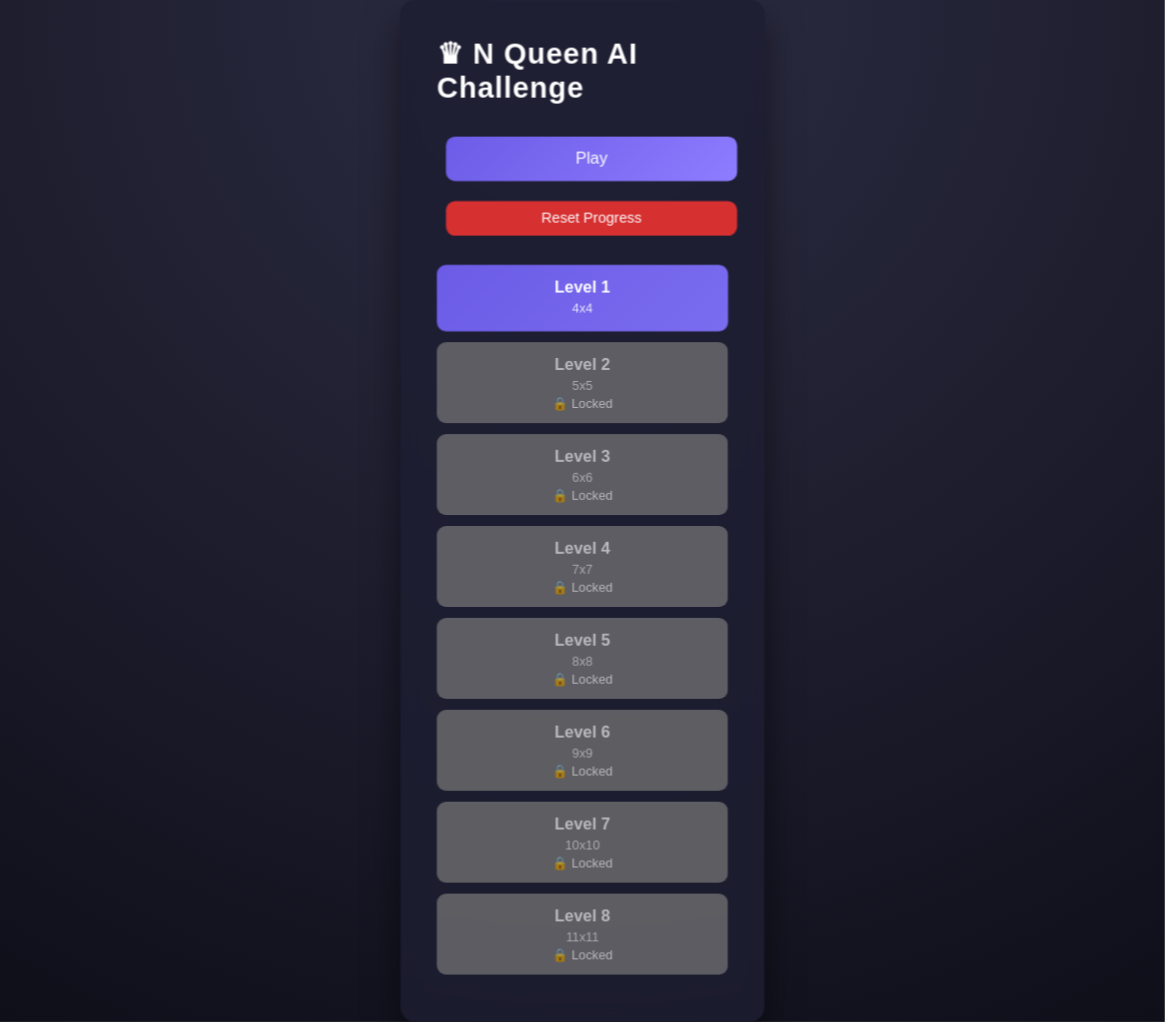
Repository: lissaintech/NQueen
Page: index.html
An editor plug-in stored every save of this project. The page is shown before and after a run of saves, followed by the edit.
The browser window is 1280 px wide. The pictures show the whole page, at 91% of full size.

Above is the page before, as saved 2026-03-08 19:21:50.

### index.html
<!DOCTYPE html>
<html>

<head>
    <meta charset="UTF-8">
    <title>N Queen AI Challenge</title>
    <link rel="stylesheet" href="style.css">
</head>

<body>

    <div id="homeScreen">

<div class="menuCard">

<h1 class="gameTitle">♛ N Queen AI Challenge</h1>

<button class="playBtn" onclick="startLevel(unlockedLevel)">Play</button>

<button class="resetBtn" onclick="resetProgress()">Reset Progress</button>

<div id="levels"></div>

</div>

</div>


    <div id="gameScreen" style="display:none;">

        <h2>Level <span id="levelDisplay"></span></h2>

        <div class="stats">

            Time: <span id="timer">00:00</span>

            Moves: <span id="moves">0</span>

        </div>

        <div id="board"></div>

       <button onclick="checkSolution()">Check</button>
        <button onclick="solveAI()">AI Solve</button>
        <button onclick="restartLevel()">Restart</button>
        <button onclick="goHome()">Home</button>

    </div>


    <div id="winScreen" style="display:none;">

        <h2>Level Complete</h2>

        <p>Time: <span id="finalTime"></span></p>

        <button onclick="nextLevel()">Next Level</button>

        <button onclick="goHome()">Home</button>

    </div>

    <script src="script.js"></script>

</body>

</html>

### style.css
body{

font-family: Arial, sans-serif;

background: radial-gradient(circle at top,#2d2d44,#0f0f1a);

color:white;

display:flex;
justify-content:center;
align-items:center;

min-height:100vh;

margin:0;

}

/* TITLE */

h1{
margin:0 0 20px 0;
}


/* GENERAL BUTTON STYLE */

button{

padding:12px 20px;

margin:10px;

border:none;

border-radius:8px;

background:#6c5ce7;

color:white;

font-size:16px;

cursor:pointer;

transition:all 0.2s ease;

}

button:hover{
background:#4834d4;
}

button:active{
transform:scale(0.95);
}


/* GAME BOARD */

#board{

display:grid;

justify-content:center;

margin-top:20px;

}

.cell{

width:60px;
height:60px;

display:flex;

align-items:center;
justify-content:center;

font-size:34px;

cursor:pointer;

transition:all 0.15s ease;

}

.white{

background:#f0d9b5;

color:black;

}

.black{

background:#b58863;

}


/* GAME STATS */

.stats{

margin:10px;

font-size:18px;

}


/* QUEEN ICON */

.queen{

width:38px;
height:38px;

pointer-events:none;

}


/* ATTACK HINT GLOW */

.attack{

box-shadow: inset 0 0 12px rgba(255,80,80,0.9);

animation: attackFade 1.2s ease forwards;

}

@keyframes attackFade{

0%{
box-shadow: inset 0 0 18px rgba(255,80,80,1);
}

100%{
box-shadow: inset 0 0 6px rgba(255,80,80,0.25);
}

}


/* MENU CARD */

.menuCard{

background:rgba(30,30,50,0.85);

padding:40px;

border-radius:16px;

box-shadow:0 20px 40px rgba(0,0,0,0.5);

width:320px;

backdrop-filter:blur(10px);

}


/* GAME TITLE */

.gameTitle{

font-size:32px;

margin-bottom:25px;

letter-spacing:1px;

}


/* PLAY BUTTON */

.playBtn{

width:100%;

padding:14px;

font-size:18px;

background:linear-gradient(135deg,#6c5ce7,#8e7dff);

border:none;

border-radius:10px;

margin-bottom:12px;

cursor:pointer;

}

.playBtn:hover{

transform:translateY(-2px);

box-shadow:0 8px 20px rgba(0,0,0,0.4);

}


/* RESET BUTTON */

.resetBtn{

width:100%;

padding:10px;

background:#d63031;

border:none;

border-radius:10px;

margin-bottom:20px;

cursor:pointer;

}

.resetBtn:hover{

background:#b71c1c;

}


/* LEVEL BUTTONS */

#levels button{

display:block;

margin:12px auto;

width:100%;

padding:14px;

font-size:16px;

border-radius:10px;

background:linear-gradient(135deg,#6c5ce7,#7b6df0);

}

#levels button:hover{

transform:translateY(-2px);

box-shadow:0 6px 15px rgba(0,0,0,0.35);

}


/* LOCKED LEVELS */

#levels button:disabled{

background:#7a7a7a;

cursor:not-allowed;

opacity:0.7;

transform:none;

box-shadow:none;

}


.levelCard{

display:flex;
flex-direction:column;

gap:4px;

}

.levelTitle{

font-size:18px;
font-weight:bold;

}

.levelSize{

font-size:14px;
opacity:0.85;

}

.levelMeta{

font-size:14px;

}

.levelCard.locked{

opacity:0.6;

}

.levelCard{

display:flex;
flex-direction:column;

gap:4px;

opacity:0;

transform:translateY(15px);

animation:levelAppear 0.4s ease forwards;

}

@keyframes levelAppear{

to{
opacity:1;
transform:translateY(0);
}

}


/* QUEEN DROP ANIMATION */

.queenDrop{
animation: queenDrop 0.25s ease;
}

@keyframes queenDrop{

0%{
transform: translateY(-20px) scale(0.7);
opacity:0;
}

60%{
transform: translateY(4px) scale(1.05);
opacity:1;
}

100%{
transform: translateY(0) scale(1);
}

}

### script.js
let currentLevel = 1;
let maxLevel = 8;

let n;
let board;

let moves = 0;
let seconds = 0;
let timerInterval;

let unlockedLevel = localStorage.getItem("unlockedLevel") || 1;



// SOUND EFFECTS

const placeSound = new Audio("place.mp3");
const winSound = new Audio("win.mp3");



// SHOW LEVELS SCREEN

function showLevels(){

 document.getElementById("homeScreen").style.display="block";
 document.getElementById("gameScreen").style.display="none";
 document.getElementById("winScreen").style.display="none";

 let levelDiv = document.getElementById("levels");
 levelDiv.innerHTML="";

 for(let i=1;i<=maxLevel;i++){

  let btn=document.createElement("button");
  btn.style.animationDelay = (i * 0.08) + "s";

  let bestTime = localStorage.getItem("bestTime_"+i);

  let size = (i+3)+"x"+(i+3);

  let star = bestTime ? "⭐" : "";

  btn.innerHTML = `
  <div class="levelCard">
  <div class="levelTitle">Level ${i}</div>
  <div class="levelSize">${size}</div>
  <div class="levelMeta">${star} ${bestTime ? bestTime : ""}</div>
  </div>
  `;
  if(i>unlockedLevel){

 btn.disabled=true;

 btn.innerHTML = `
 <div class="levelCard locked">
 <div class="levelTitle">Level ${i}</div>
 <div class="levelSize">${size}</div>
 <div class="levelMeta">🔒 Locked</div>
 </div>
 `;

}else{

 btn.onclick=()=>startLevel(i);

}

   levelDiv.appendChild(btn);
 }
}



// START LEVEL

function startLevel(level){

 currentLevel = level;
 n = level+3;

 board = new Array(n).fill(-1);

 moves = 0;
 seconds = 0;

 updateMoves();
 updateTimerDisplay();

 document.getElementById("levelDisplay").innerText=level;

 document.getElementById("homeScreen").style.display="none";
 document.getElementById("gameScreen").style.display="block";

 createBoard();
 startTimer();
}



// CREATE BOARD

function createBoard(){

 let boardDiv=document.getElementById("board");

 boardDiv.innerHTML="";

 boardDiv.style.gridTemplateColumns=`repeat(${n},60px)`;

 for(let row=0;row<n;row++){

   for(let col=0;col<n;col++){

     let cell=document.createElement("div");

     cell.className="cell "+((row+col)%2==0?"white":"black");

     cell.id=row+"-"+col;

     cell.onclick=()=>placeQueen(row,col);

     boardDiv.appendChild(cell);
   }
 }
}



// PLACE QUEEN

function placeQueen(row,col){

 placeSound.play();

 if(board[row]==col)
   board[row]=-1;
 else
   board[row]=col;

 moves++;

 updateMoves();
 updateBoardUI();

 setTimeout(()=>{
document.querySelectorAll(".attack").forEach(cell=>{
cell.classList.remove("attack");
});
},2000);
}



// UPDATE BOARD

function updateBoardUI(){

 for(let row=0;row<n;row++){
   for(let col=0;col<n;col++){

     let cell=document.getElementById(row+"-"+col);

     cell.classList.remove("attack");

     if(board[row]==col){

      cell.innerText="♛";

      cell.classList.add("queenDrop");

      setTimeout(()=>{
        cell.classList.remove("queenDrop");
      },250);

      }else{

      cell.innerText="";
    }
   }
 }

    document.querySelectorAll(".cell").forEach(cell=>{
    cell.classList.remove("attack");
    });

 // mark attacked cells

 for(let r=0;r<n;r++){

   if(board[r]==-1) continue;

   let c=board[r];

   for(let i=0;i<n;i++){

     // same column
     if(i!=r){
       let cell=document.getElementById(i+"-"+c);
       cell.classList.add("attack");
     }

     // diagonals
     let d1=c+(i-r);
     let d2=c-(i-r);

     if(d1>=0 && d1<n){
       let cell=document.getElementById(i+"-"+d1);
       cell.classList.add("attack");
     }

     if(d2>=0 && d2<n){
       let cell=document.getElementById(i+"-"+d2);
       cell.classList.add("attack");
     }
   }
 }
}



// TIMER

function startTimer(){

 clearInterval(timerInterval);

 timerInterval=setInterval(()=>{

   seconds++;
   updateTimerDisplay();

 },1000);
}



function updateTimerDisplay(){

 let m=Math.floor(seconds/60);
 let s=seconds%60;

 document.getElementById("timer").innerText=
 String(m).padStart(2,'0')+":"+
 String(s).padStart(2,'0');
}



// MOVES

function updateMoves(){

 document.getElementById("moves").innerText=moves;
}



// CHECK SOLUTION

function checkSolution(){

 if(isValid()){

   winSound.play();

   clearInterval(timerInterval);

   saveBestTime();

   unlockNextLevel();

   document.getElementById("finalTime").innerText=
     document.getElementById("timer").innerText;

   document.getElementById("gameScreen").style.display="none";
   document.getElementById("winScreen").style.display="block";

 }else{

   alert("Invalid placement");
 }
}



// SAVE BEST TIME

function saveBestTime(){

 let key="bestTime_"+currentLevel;

 let oldTime=localStorage.getItem(key);

 if(!oldTime || seconds < timeToSeconds(oldTime)){

   localStorage.setItem(key,document.getElementById("timer").innerText);
 }
}



// CONVERT MM:SS TO SECONDS

function timeToSeconds(time){

 let parts=time.split(":");

 return parseInt(parts[0])*60 + parseInt(parts[1]);
}



// UNLOCK NEXT LEVEL

function unlockNextLevel(){

 if(currentLevel>=unlockedLevel){

   unlockedLevel++;

   localStorage.setItem("unlockedLevel",unlockedLevel);
 }
}



// VALIDATE

function isValid(){

 for(let i=0;i<n;i++){

   if(board[i]==-1) return false;

   for(let j=i+1;j<n;j++){

     if(board[i]==board[j]) return false;

     if(Math.abs(board[i]-board[j])==Math.abs(i-j))
       return false;
   }
 }

 return true;
}



// AI SOLVER

function solveAI(){

 let sol=new Array(n).fill(-1);

 if(backtrack(sol,0)){

   board=sol;

   updateBoardUI();
 }
}



function backtrack(sol,row){

 if(row==n) return true;

 for(let col=0;col<n;col++){

   if(isSafe(sol,row,col)){

     sol[row]=col;

     if(backtrack(sol,row+1)) return true;
   }
 }

 sol[row]=-1;

 return false;
}



function isSafe(sol,row,col){

 for(let i=0;i<row;i++){

   if(sol[i]==col) return false;

   if(Math.abs(sol[i]-col)==Math.abs(i-row))
     return false;
 }

 return true;
}



// NAVIGATION

function nextLevel(){

 startLevel(currentLevel+1);
}

function goHome(){

 showLevels();
}



// INIT

showLevels();


//RESTART

function restartLevel(){
 startLevel(currentLevel);
}

//RESET PROGRESS

function resetProgress(){

 if(confirm("Reset all progress?")){

   for(let i=1;i<=maxLevel;i++){
     localStorage.removeItem("bestTime_"+i);
   }

   localStorage.setItem("unlockedLevel",1);
   unlockedLevel = 1;

   showLevels();
 }
}

After the next 2 saves:
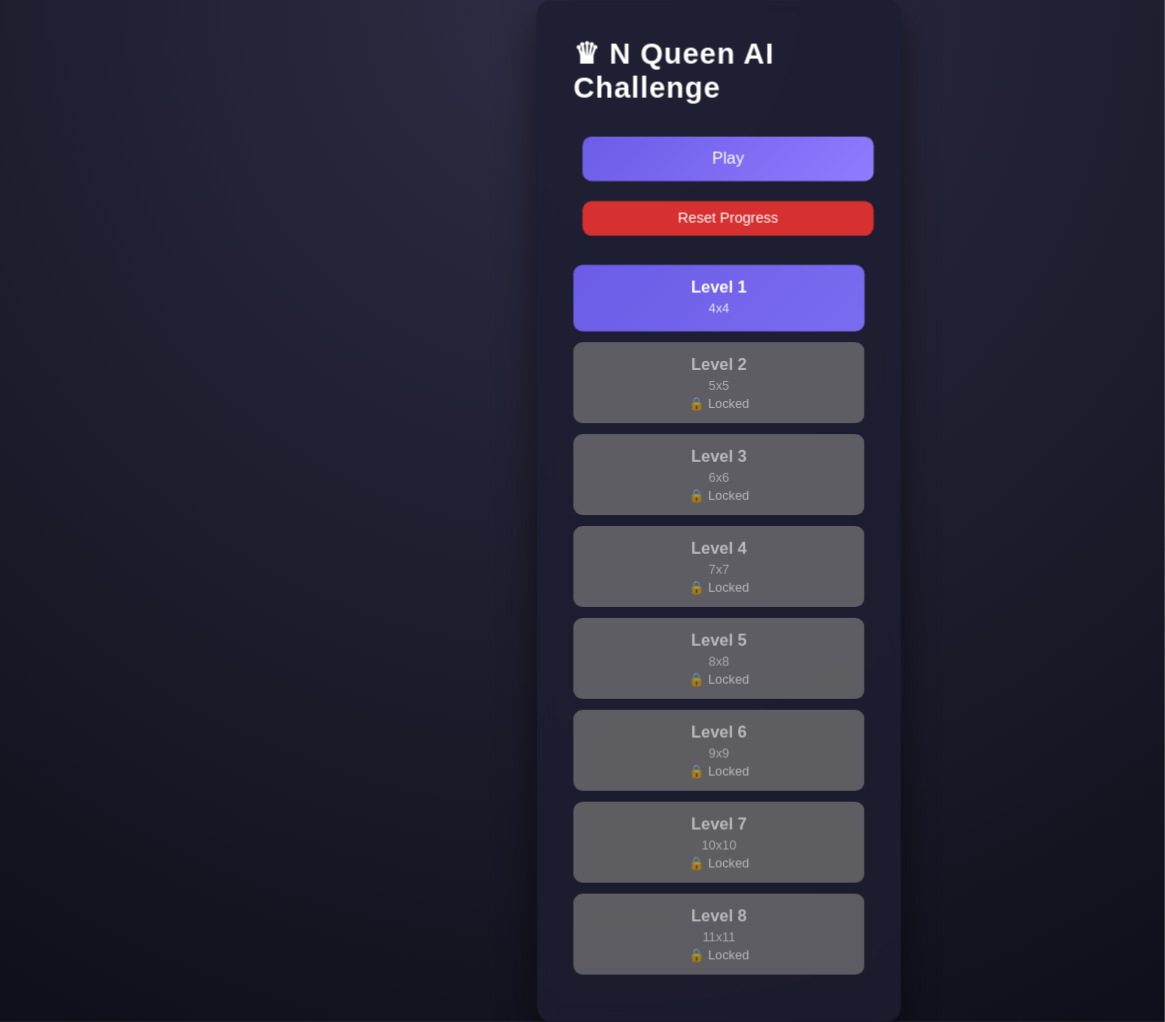
The 2 saves are shown as one change because they came seconds apart.
The last was saved 70 s later.
--- a/index.html
+++ b/index.html
@@ -6,6 +6,8 @@
     <title>N Queen AI Challenge</title>
     <link rel="stylesheet" href="style.css">
 </head>
+
+<canvas id="confetti"></canvas>
 
 <body>
 

After the save that followed:
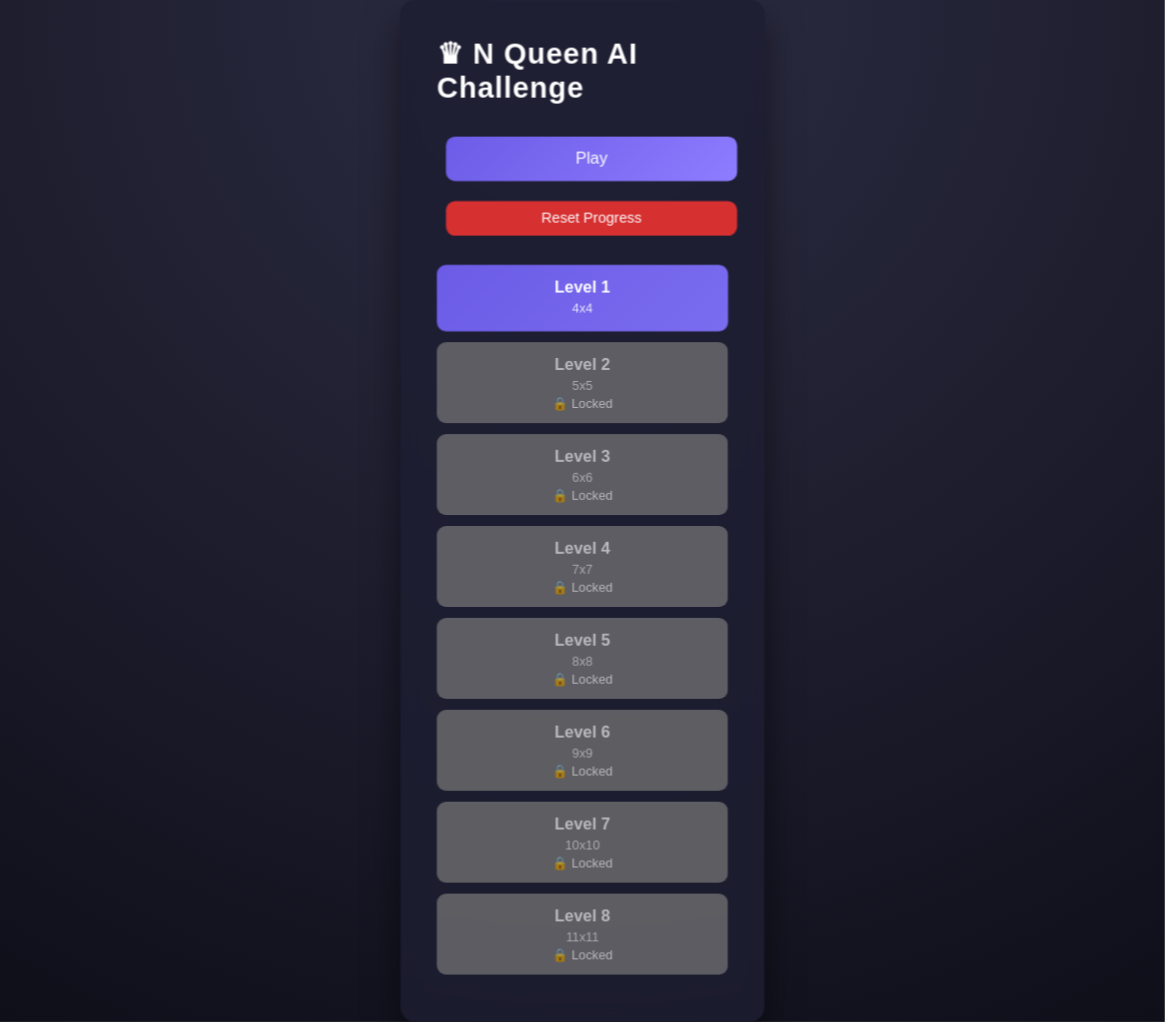
Saved 7 s later.
--- a/style.css
+++ b/style.css
@@ -366,3 +366,19 @@ transform: translateY(0) scale(1);
 }
 
 }
+
+#confetti{
+
+position:fixed;
+
+top:0;
+left:0;
+
+width:100%;
+height:100%;
+
+pointer-events:none;
+
+z-index:1000;
+
+}
